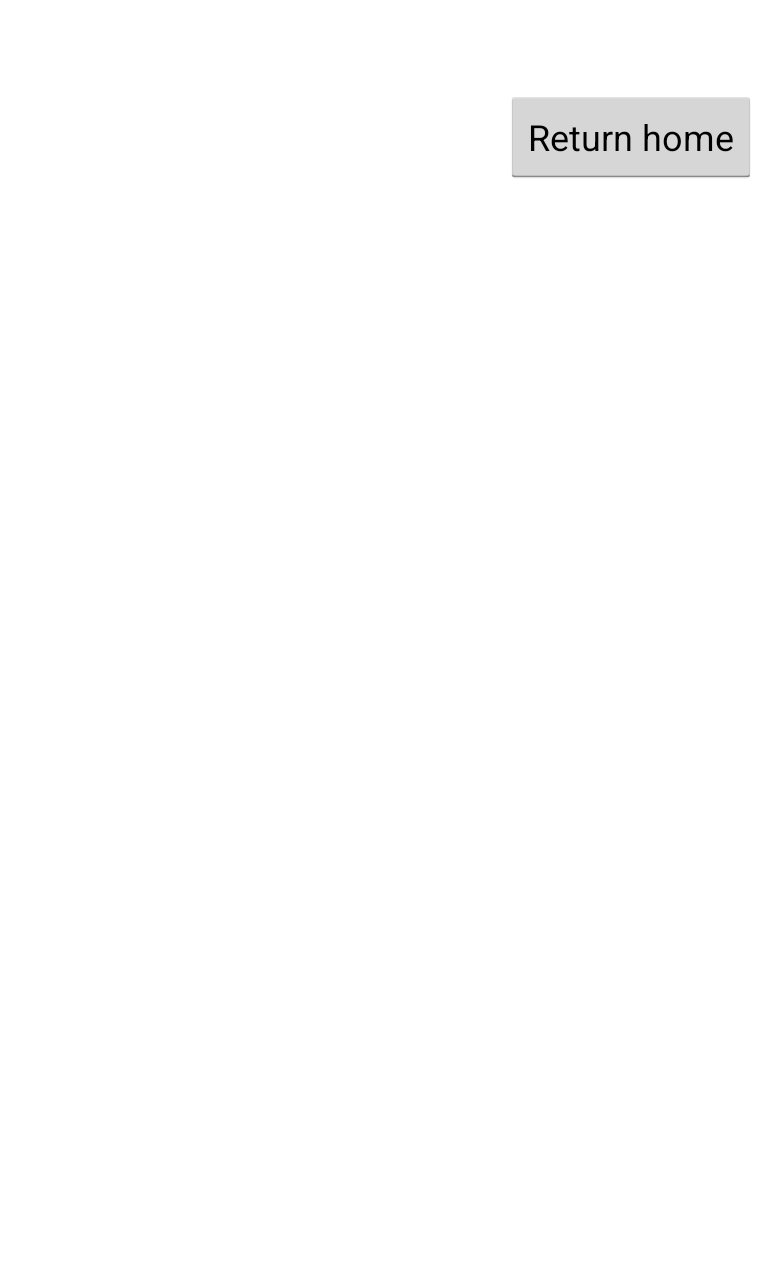
Repository: harvard-lil/wtwba-android-app
Layout: wtwba/res/layout/activity_item_found.xml
The author's editor kept a copy of each file at every save. The layout is drawn from the files as they stood at one save, then again after the next save.
It is drawn on a 768 x 1280 px phone screen (xhdpi) without system bars, with theme AppTheme; the app's code is not run.

Above is the layout before, as saved 2013-03-18 19:25:50.

### wtwba/res/layout/activity_item_found.xml
<?xml version="1.0" encoding="utf-8"?>
<LinearLayout xmlns:android="http://schemas.android.com/apk/res/android"
    android:layout_width="fill_parent"
    android:layout_height="80dp"
    android:orientation="horizontal" >

    <LinearLayout
        android:layout_width="wrap_content"
        android:layout_height="match_parent"
        android:layout_gravity="left"
        android:orientation="vertical" >

        <ImageView
            android:id="@+id/icon_preview"
            android:layout_width="50dp"
            android:layout_height="match_parent"
        	android:scaleType="fitXY"
        	android:layout_margin="10dp"
             android:adjustViewBounds="true"/>
    </LinearLayout>

    <LinearLayout
        android:layout_width="match_parent"
        android:layout_height="match_parent"
        android:layout_marginRight="5dip"
        android:layout_gravity="right"
        android:orientation="vertical" >
        <TextView
            android:id="@+id/title_preview"
            android:layout_width="match_parent"
            android:layout_height="wrap_content"
            android:layout_margin="10dp"
            android:textColor="#4c11a9"
            android:textAppearance="?android:attr/textAppearanceMedium"
            android:gravity="left|top"
         />

	    <Button
        android:layout_width="wrap_content"
        android:layout_height="wrap_content"
        android:layout_gravity="right"
        android:text="@string/button_item_confrim"
        android:onClick="button_item_confrim" />
    </LinearLayout>



</LinearLayout>

### wtwba/res/values/strings.xml
<?xml version="1.0" encoding="utf-8"?>
<resources>

    <string name="app_name">wtwba</string>
    <string name="main_activity_title">Where the Wild Books Are</string>
    <string name="activity_item_details_title">Wild Books</string>
    <string name="activity_scan_title">Wild Books</string>
    <string name="activity_manage_user_title">Manage user key</string>
    <string name="activity_location_title">Select your current location</string>
    <string name="item_found_title">Yeehaw! We found the item details</string>
    <string name="scan_error_title">Something went wrong</string>
    <string name="user_name_box_label">Enter your assigned user key</string>
    <string name="edit_message">Enter a message</string>
    <string name="loading_message">Loading</string>


    <string name="button_confirm_delete">Delete from list</string>
    <string name="button_scan_item">Scan barcode</string>
    <string name="button_key_item">Type barcode</string>
    <string name="activity_delete_title">Delete from list</string>

    <string name="button_scan">Scan</string>
    <string name="button_item_confrim">Return home</string>
    <string name="button_add">Add to list</string>
    <string name="button_save_user_name">Save user key</string>
    <string name="menu_settings">Settings</string>
    <string name="scan_error">Something went wrong when when I tried to add the item. Sorry. Can you give it a try again?</string>
    <string name="title_activity_main">MainActivity</string>
    <string name="hello_world">Hello world!</string>
    <string name="title_holder">Sample Title Here</string>
    <string name="connection_error">Unable to connect to network</string>
    <string name="title_activity_display_message">DisplayMessageActivity</string>
    <string name="empty_list">You haven\'t added any items.</string>

</resources>

Loaded but not shown: wtwba/res/values-v11/styles.xml (common file); wtwba/res/values-v14/styles.xml (common file); wtwba/res/values/styles.xml (common file)

After the next save:
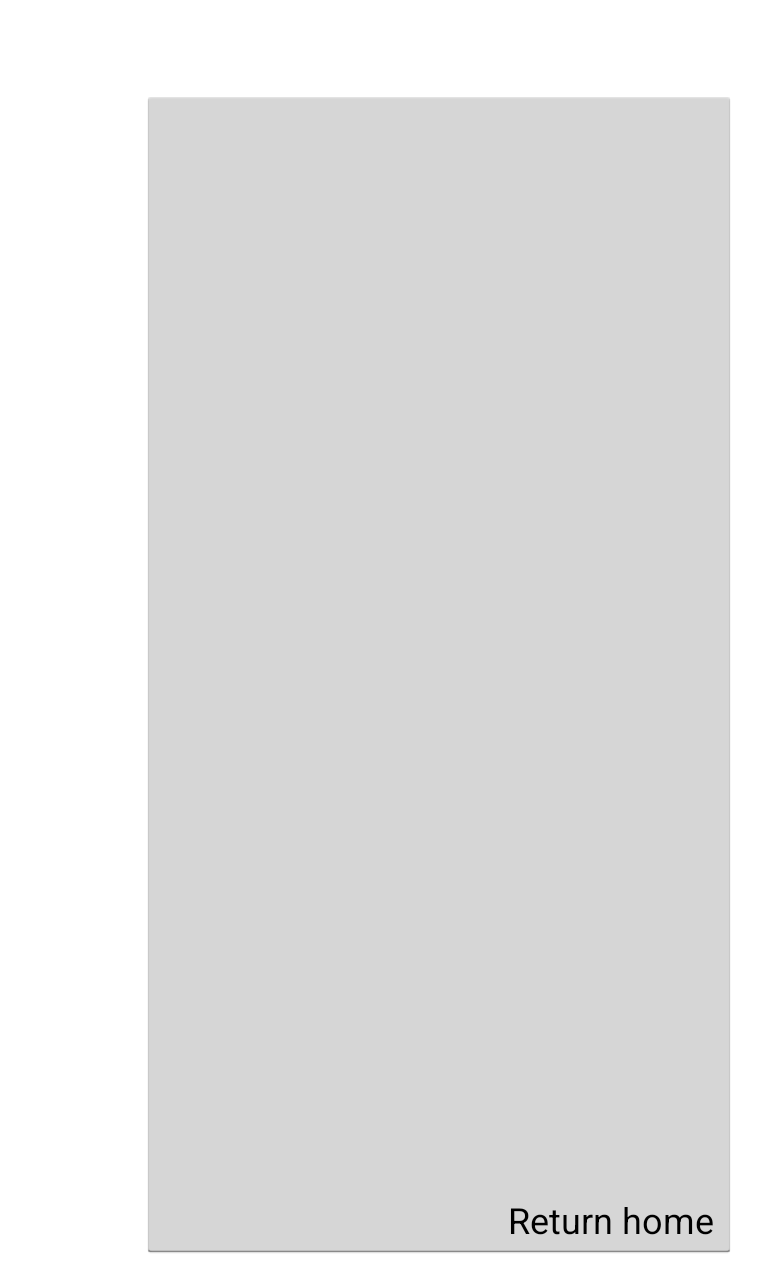
Saved 29 s later.
--- a/wtwba/res/layout/activity_item_found.xml
+++ b/wtwba/res/layout/activity_item_found.xml
@@ -35,10 +35,13 @@
             android:gravity="left|top"
          />
 
+
 	    <Button
-        android:layout_width="wrap_content"
-        android:layout_height="wrap_content"
-        android:layout_gravity="right"
+        android:layout_width="match_parent"
+	        android:layout_height="match_parent"
+	        android:layout_marginRight="10dp"
+	        android:layout_marginBottom="10dp"
+	        android:gravity="right|bottom"
         android:text="@string/button_item_confrim"
         android:onClick="button_item_confrim" />
     </LinearLayout>
